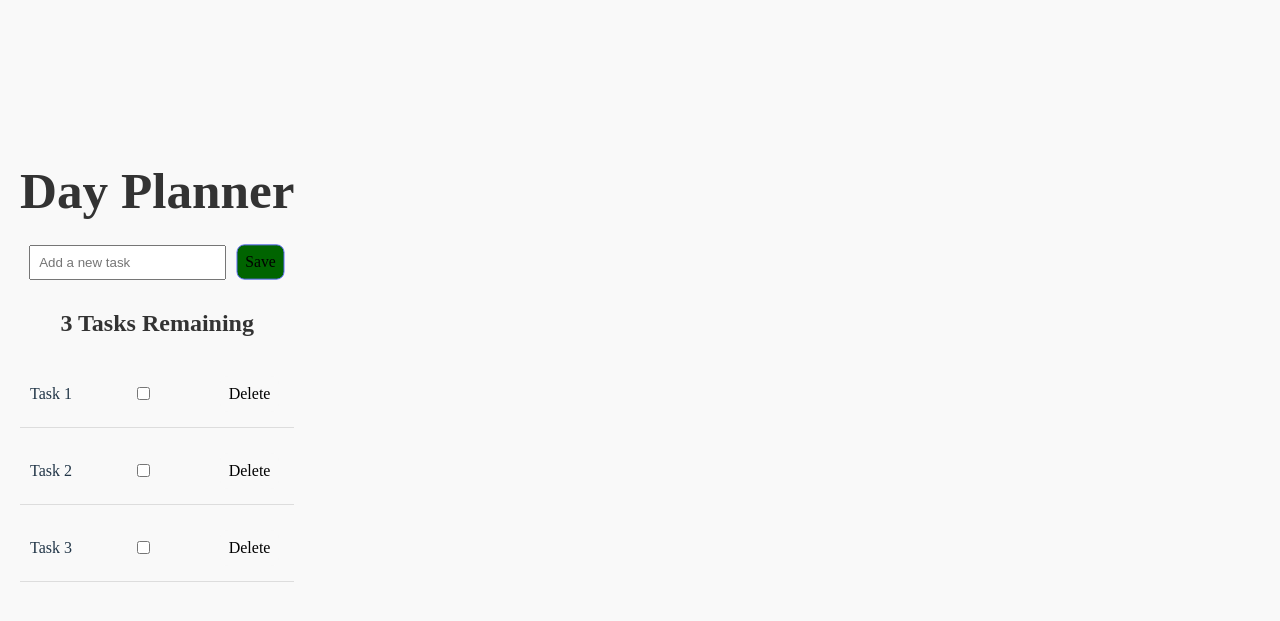
Repository: GavinPahal/Lab7
Page: /
The author's editor kept a copy of each file at every save. The page is drawn from the files as they stood at one save, then again after the next save.
The browser window is 1280 px wide. The pictures show the whole page.
The first visible `button` is being pressed.
The project was rebuilt for these pictures with package versions that can differ from the ones it lists, and the page was loaded fresh each time. Also part of the build but not shown: vite.config.js.

Above is the page before, as saved 2024-10-23 16:55:17.

After the next save:
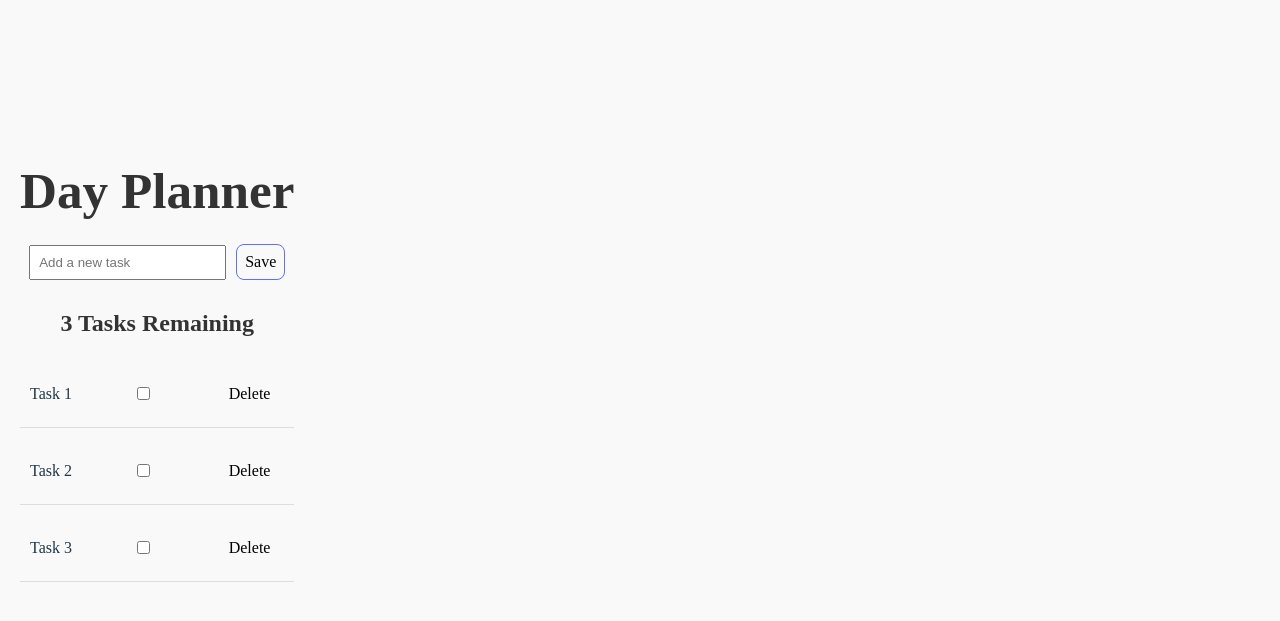
Saved 3 days later.
--- a/src/App.css
+++ b/src/App.css
@@ -46,14 +46,6 @@ h1, h2 {
   border-radius: 5px; /* Optional: Rounded corners */
 }
 
-button:active {
-  transform: scale(0.98); /* Optional: button press effect */
-}
-
-button:hover {
-  background-color: darkgreen; /* Darker green on hover */
-}
-
 input[type="text"], button {
   padding: 8px;
   margin: 5px;
